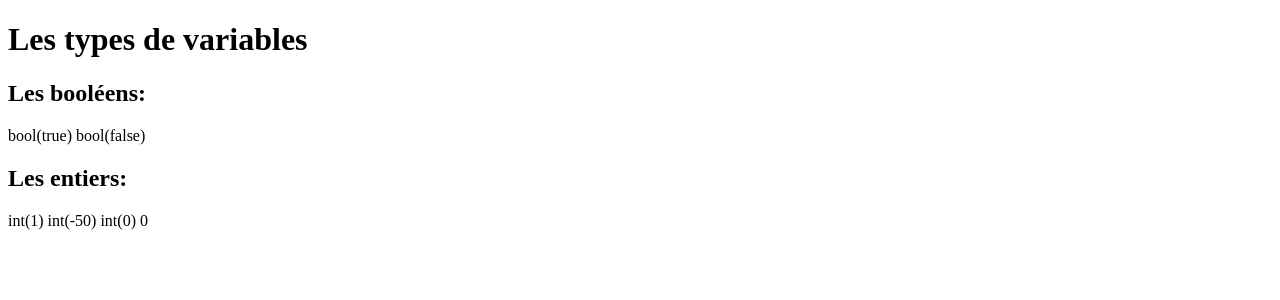
Repository: QuentinFayt/base-php-2021
Page: http://localhost/les variables.php
An editor plug-in stored every save of this project. The page is shown before and after the next save, followed by the edit.
The browser window is 1280 px wide. The pictures show the whole page.
The page is run by PHP 8.4 with error messages shown; the project is at /var/www/html/.

Above is the page before, as saved 2021-07-05 16:10:18.

### les variables.php
<!DOCTYPE html>
<html lang="en">
<head>
    <meta charset="UTF-8">
    <meta http-equiv="X-UA-Compatible" content="IE=edge">
    <meta name="viewport" content="width=device-width, initial-scale=1.0">
    <title>Les types de variables</title>
</head>
<body>
    <h1>Les types de variables</h1>
    <h2>Les booléens:</h2>
    <?php

    $bin1=true;
    $bin2=false;

    /*On pourrait utiliser print_r() pour afficher le contenu de ces deux variables, mais
    une variable false ne s'affichera pas (afficherait 1 pour true)*/
    var_dump($bin1,$bin2);


    ?>
    <h2>Les entiers:</h2>
    <?php

    $int1=1;
    $int2=-50;
    $int3=0;

    var_dump($int1,$int2,$int3);

    $calcule = $int2 * $bin2;

    echo $calcule;
    ?>
</body>
</html>

After the next save:
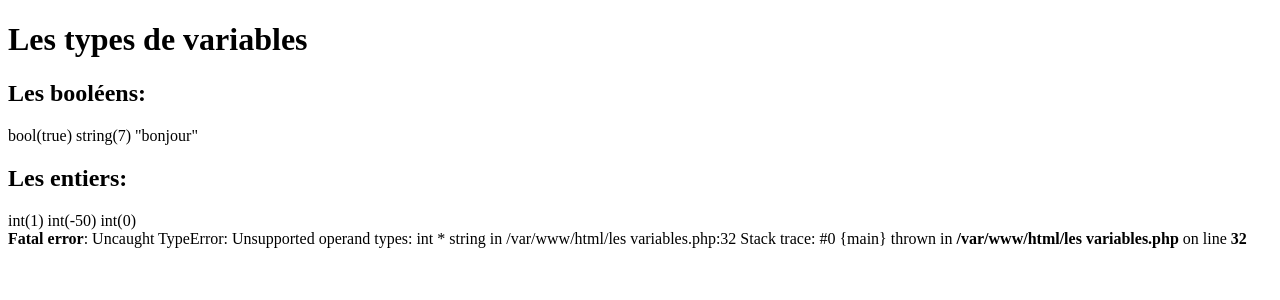
Saved 11 s later.
--- a/les variables.php
+++ b/les variables.php
@@ -12,7 +12,7 @@
     <?php
 
     $bin1=true;
-    $bin2=false;
+    $bin2="bonjour";
 
     /*On pourrait utiliser print_r() pour afficher le contenu de ces deux variables, mais
     une variable false ne s'affichera pas (afficherait 1 pour true)*/

After the save that followed:
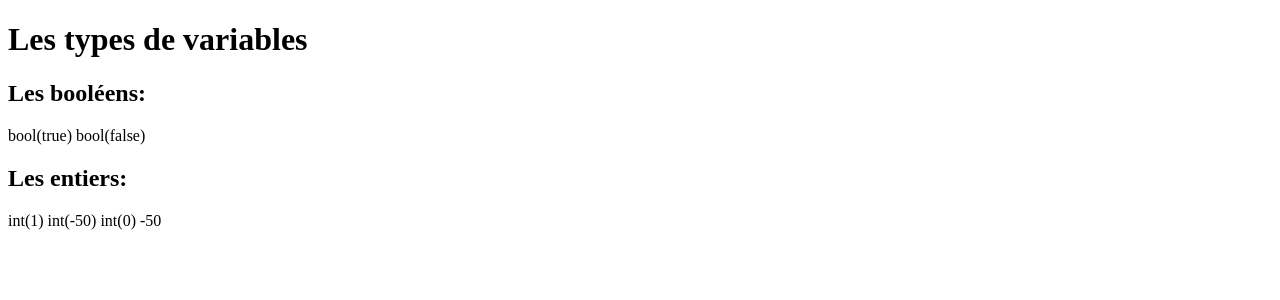
Saved 3 min 27 s later.
--- a/les variables.php
+++ b/les variables.php
@@ -12,7 +12,7 @@
     <?php
 
     $bin1=true;
-    $bin2="bonjour";
+    $bin2=false;
 
     /*On pourrait utiliser print_r() pour afficher le contenu de ces deux variables, mais
     une variable false ne s'affichera pas (afficherait 1 pour true)*/
@@ -29,7 +29,7 @@
 
     var_dump($int1,$int2,$int3);
 
-    $calcule = $int2 * $bin2;
+    $calcule = $int2 * $bin1;
 
     echo $calcule;
     ?>
